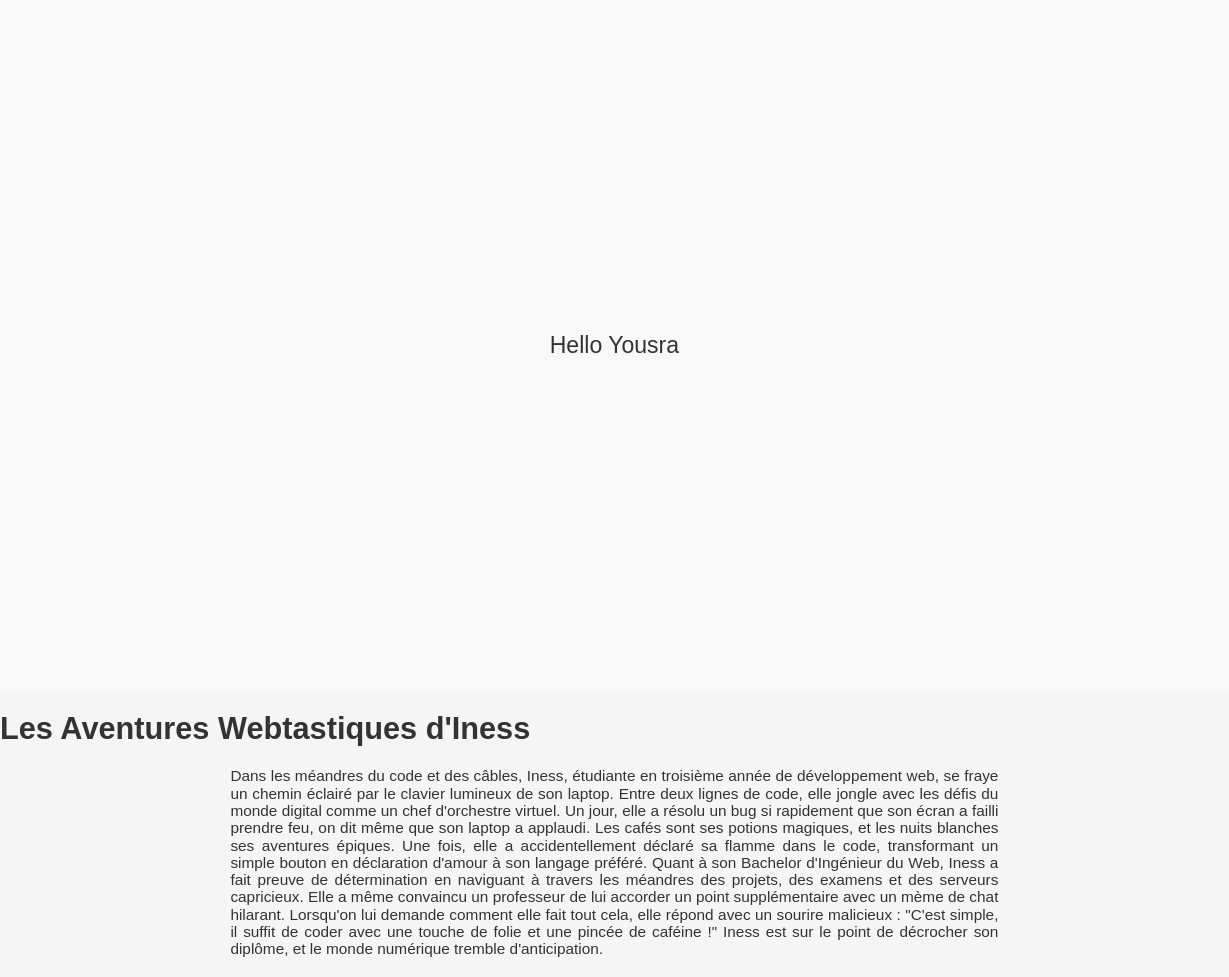
Repository: inessben/application
Page: index.html
An editor plug-in stored every save of this project. The page is shown before and after the next save, followed by the edit.
The browser window is 1280 px wide. The pictures show the whole page, at 96% of full size.

Above is the page before, as saved 2023-12-03 18:53:19.

### index.html
<!DOCTYPE html>
<html lang="en">
<head>
    <meta charset="UTF-8">
    <meta name="viewport" content="width=device-width, initial-scale=1.0">
    <!-- generate the icon -->
    <link rel="apple-touch-icon" sizes="180x180" href="/favicon/apple-touch-icon.png">
    <link rel="icon" type="image/png" sizes="32x32" href="/favicon/favicon-32x32.png">
    <link rel="icon" type="image/png" sizes="16x16" href="/favicon/favicon-16x16.png">
    <link rel="manifest" href="/favicon/site.webmanifest">
    <link rel="mask-icon" href="/favicon/safari-pinned-tab.svg" color="#5bbad5">
    <meta name="msapplication-TileColor" content="#da532c">
    <!--  -->
    <meta name="theme-color" content="#333333">
    <title>#slowlyApplication</title>
    <link rel="stylesheet" href="index.css">
</head>
<body>
    <section id="interactive-section">
    <p id="text-content">Hello Yousra</p>
    </section>

    <h1>Les Aventures Webtastiques d'Iness</h1>
    </header>
    <section class="content">
        <p>Dans les méandres du code et des câbles, Iness, étudiante en troisième année de développement web, se fraye un chemin éclairé par le clavier lumineux de son laptop. Entre deux lignes de code, elle jongle avec les défis du monde digital comme un chef d'orchestre virtuel. Un jour, elle a résolu un bug si rapidement que son écran a failli prendre feu, on dit même que son laptop a applaudi. Les cafés sont ses potions magiques, et les nuits blanches ses aventures épiques. Une fois, elle a accidentellement déclaré sa flamme dans le code, transformant un simple bouton en déclaration d'amour à son langage préféré.
        Quant à son Bachelor d'Ingénieur du Web, Iness a fait preuve de détermination en naviguant à travers les méandres des projets, des examens et des serveurs capricieux. Elle a même convaincu un professeur de lui accorder un point supplémentaire avec un mème de chat hilarant. Lorsqu'on lui demande comment elle fait tout cela, elle répond avec un sourire malicieux : "C'est simple, il suffit de coder avec une touche de folie et une pincée de caféine !" Iness est sur le point de décrocher son diplôme, et le monde numérique tremble d'anticipation.</p>
    </section>

    <script src="script.js"></script>
</body>
</html>

### index.css
html {
    scroll-behavior: smooth;
    }

body {
    margin: 0;
    overflow: hidden;
    font-family: 'Arial', sans-serif;
    background-color: #f5f5f5;
    color: #333;
    margin: 0;
    padding: 0;
    }

#interactive-section {
    height: 100vh;
    display: flex;
    align-items: center;
    justify-content: center;
    background-color: #f8f8f8;
    overflow: hidden;
    }

#text-content {
    font-size: 24px;
    /* transform: translateX(0%); */
    transition: transform 0.5s ease-in-out;
    }
header {
    background-color: #3498db;
    color: #fff;
    text-align: center;
    padding: 1em;
    }

.content {
    max-width: 800px;
    margin: 20px auto;
    text-align: justify;
    padding: 0 20px;
    }

img {
    width: 100%;
    height: auto;
    margin-top: 20px;
    }

### script.js
const textContent = document.getElementById('text-content');
const interactiveSection = document.getElementById('interactive-section');
const mainContent = document.getElementById('main-content');

document.addEventListener('keydown', function (event) {
  if (event.code === 'Space') {
    switch (textContent.innerText) {
      case 'Hello Yousra':
        textContent.innerText = 'Hello Yasmine';
        break;
      case 'Hello Yasmine':
        textContent.innerText = 'Hello Chi Khanh';
        break;
      case 'Hello Chi Khanh':
        textContent.innerText = '...Or anyone else from the team';
        break;
      case '...Or anyone else from the team':
        textContent.innerText = 'Let me present you...';
        break;
      default:
        interactiveSection.style.overflow = 'scroll';
        break;
    }

    setTimeout(() => {
        mainContent.style.opacity = '1';
    }, 500);

  }
});

After the next save:
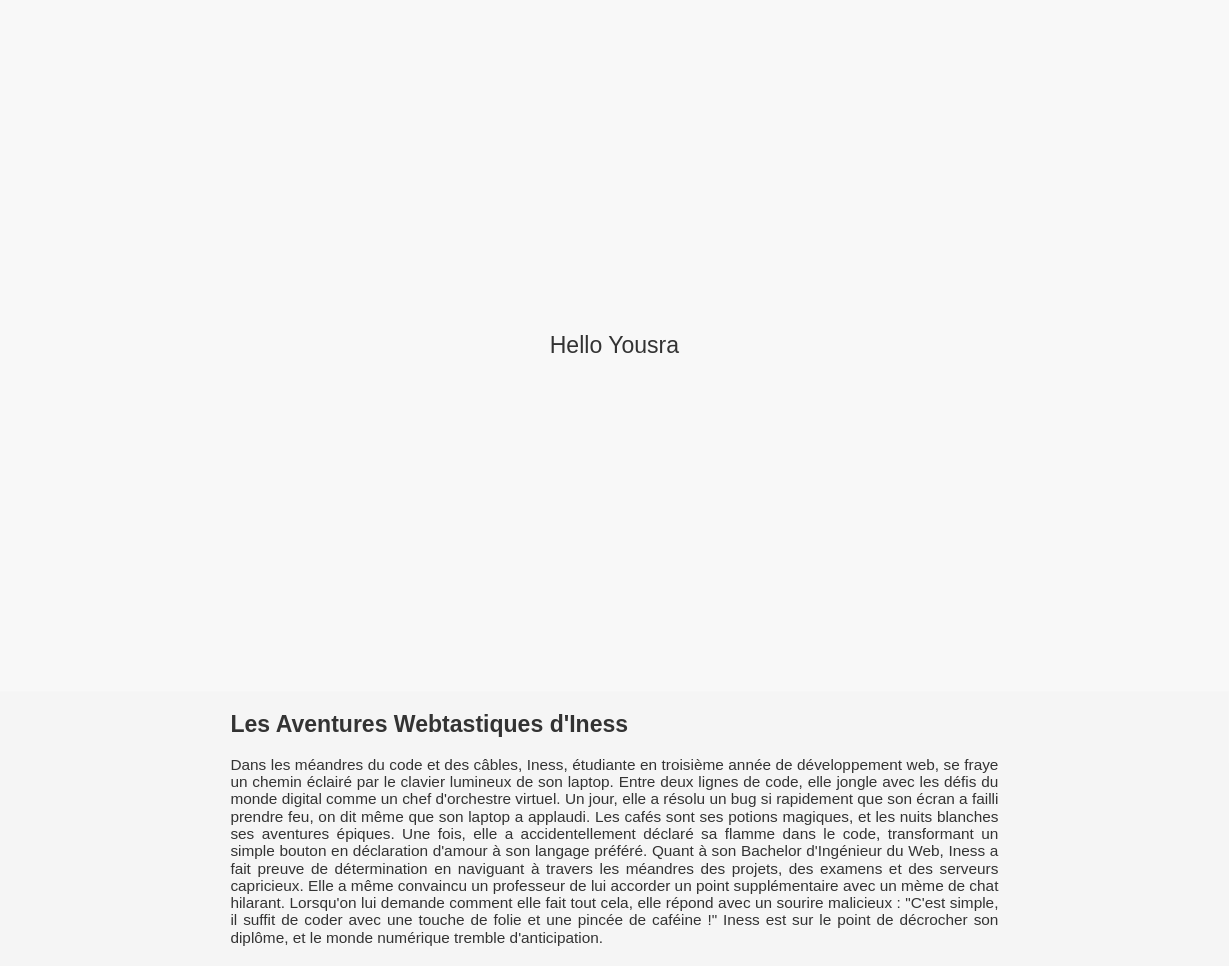
Saved 1 s later.
--- a/index.html
+++ b/index.html
@@ -20,9 +20,8 @@
     <p id="text-content">Hello Yousra</p>
     </section>
 
-    <h1>Les Aventures Webtastiques d'Iness</h1>
-    </header>
-    <section class="content">
+    <section class="content" id="main-content">
+        <h1>Les Aventures Webtastiques d'Iness</h1>
         <p>Dans les méandres du code et des câbles, Iness, étudiante en troisième année de développement web, se fraye un chemin éclairé par le clavier lumineux de son laptop. Entre deux lignes de code, elle jongle avec les défis du monde digital comme un chef d'orchestre virtuel. Un jour, elle a résolu un bug si rapidement que son écran a failli prendre feu, on dit même que son laptop a applaudi. Les cafés sont ses potions magiques, et les nuits blanches ses aventures épiques. Une fois, elle a accidentellement déclaré sa flamme dans le code, transformant un simple bouton en déclaration d'amour à son langage préféré.
         Quant à son Bachelor d'Ingénieur du Web, Iness a fait preuve de détermination en naviguant à travers les méandres des projets, des examens et des serveurs capricieux. Elle a même convaincu un professeur de lui accorder un point supplémentaire avec un mème de chat hilarant. Lorsqu'on lui demande comment elle fait tout cela, elle répond avec un sourire malicieux : "C'est simple, il suffit de coder avec une touche de folie et une pincée de caféine !" Iness est sur le point de décrocher son diplôme, et le monde numérique tremble d'anticipation.</p>
     </section>
